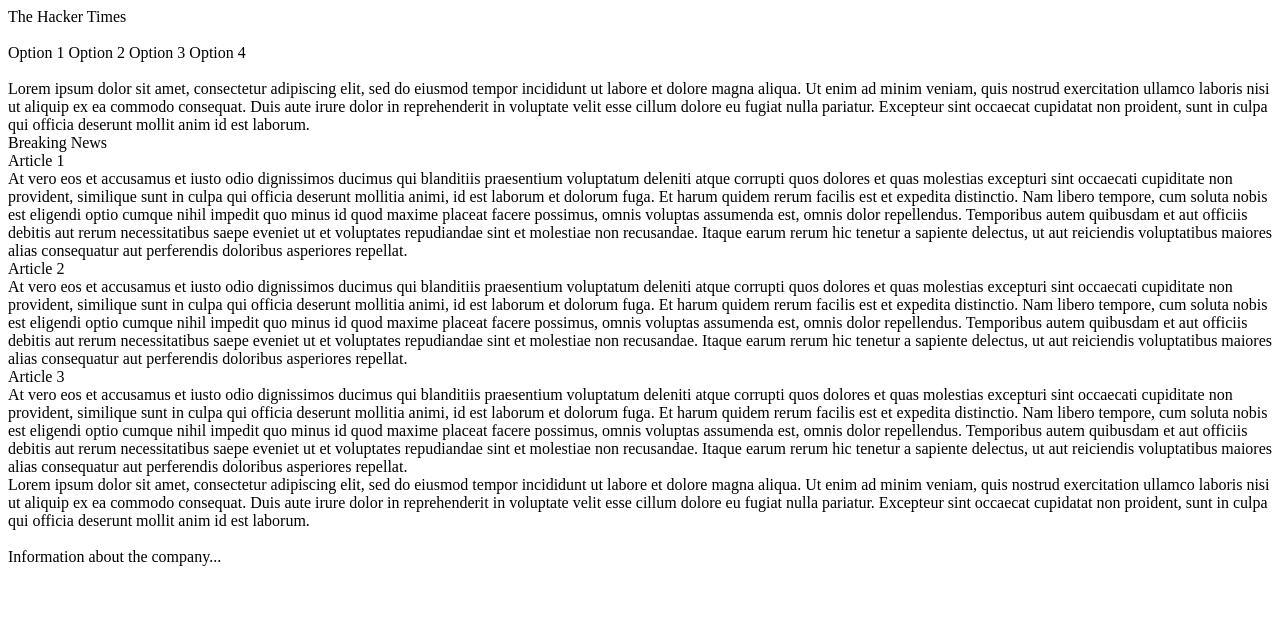
Repository: HackerUSA-CE/CSS-My-CSS-Garden
Page: index.html
An editor plug-in stored every save of this project. The page is shown before and after the next save, followed by the edit.
The browser window is 1280 px wide. The pictures show the whole page.

Above is the page before, as saved 2020-12-02 11:28:53.

### index.html
<!DOCTYPE html>
<html>

<head>
    <title>The Hacker Times</title>
    <link rel="stylesheet" type="text/css" href="main.css" />
</head>

<body>
    <header>
        The Hacker Times
    </header>
    <br/>
    <nav>
        <a>Option 1</a>
        <a>Option 2</a>
        <a>Option 3</a>
        <a>Option 4</a>
    </nav>
    <br/>
    <aside class="aside-left">
        Lorem ipsum dolor sit amet, consectetur adipiscing elit, sed do eiusmod tempor incididunt ut labore et dolore magna aliqua. Ut enim ad minim veniam, quis nostrud exercitation ullamco laboris nisi ut aliquip ex ea commodo consequat. Duis aute irure dolor
        in reprehenderit in voluptate velit esse cillum dolore eu fugiat nulla pariatur. Excepteur sint occaecat cupidatat non proident, sunt in culpa qui officia deserunt mollit anim id est laborum.
    </aside>
    <section>
        Breaking News
        <header>Article 1</header>
        <article>
            At vero eos et accusamus et iusto odio dignissimos ducimus qui blanditiis praesentium voluptatum deleniti atque corrupti quos dolores et quas molestias excepturi sint occaecati cupiditate non provident, similique sunt in culpa qui officia deserunt mollitia
            animi, id est laborum et dolorum fuga. Et harum quidem rerum facilis est et expedita distinctio. Nam libero tempore, cum soluta nobis est eligendi optio cumque nihil impedit quo minus id quod maxime placeat facere possimus, omnis voluptas
            assumenda est, omnis dolor repellendus. Temporibus autem quibusdam et aut officiis debitis aut rerum necessitatibus saepe eveniet ut et voluptates repudiandae sint et molestiae non recusandae. Itaque earum rerum hic tenetur a sapiente delectus,
            ut aut reiciendis voluptatibus maiores alias consequatur aut perferendis doloribus asperiores repellat.
        </article>
        <header>Article 2</header>
        <article>
            At vero eos et accusamus et iusto odio dignissimos ducimus qui blanditiis praesentium voluptatum deleniti atque corrupti quos dolores et quas molestias excepturi sint occaecati cupiditate non provident, similique sunt in culpa qui officia deserunt mollitia
            animi, id est laborum et dolorum fuga. Et harum quidem rerum facilis est et expedita distinctio. Nam libero tempore, cum soluta nobis est eligendi optio cumque nihil impedit quo minus id quod maxime placeat facere possimus, omnis voluptas
            assumenda est, omnis dolor repellendus. Temporibus autem quibusdam et aut officiis debitis aut rerum necessitatibus saepe eveniet ut et voluptates repudiandae sint et molestiae non recusandae. Itaque earum rerum hic tenetur a sapiente delectus,
            ut aut reiciendis voluptatibus maiores alias consequatur aut perferendis doloribus asperiores repellat.
        </article>
        <header>Article 3</header>
        <article>
            At vero eos et accusamus et iusto odio dignissimos ducimus qui blanditiis praesentium voluptatum deleniti atque corrupti quos dolores et quas molestias excepturi sint occaecati cupiditate non provident, similique sunt in culpa qui officia deserunt mollitia
            animi, id est laborum et dolorum fuga. Et harum quidem rerum facilis est et expedita distinctio. Nam libero tempore, cum soluta nobis est eligendi optio cumque nihil impedit quo minus id quod maxime placeat facere possimus, omnis voluptas
            assumenda est, omnis dolor repellendus. Temporibus autem quibusdam et aut officiis debitis aut rerum necessitatibus saepe eveniet ut et voluptates repudiandae sint et molestiae non recusandae. Itaque earum rerum hic tenetur a sapiente delectus,
            ut aut reiciendis voluptatibus maiores alias consequatur aut perferendis doloribus asperiores repellat.
        </article>
    </section>
    <aside class="aside-right">
        Lorem ipsum dolor sit amet, consectetur adipiscing elit, sed do eiusmod tempor incididunt ut labore et dolore magna aliqua. Ut enim ad minim veniam, quis nostrud exercitation ullamco laboris nisi ut aliquip ex ea commodo consequat. Duis aute irure dolor
        in reprehenderit in voluptate velit esse cillum dolore eu fugiat nulla pariatur. Excepteur sint occaecat cupidatat non proident, sunt in culpa qui officia deserunt mollit anim id est laborum.
    </aside>
    <br/>
    <footer>
        Information about the company...
    </footer>
</body>

</html>

### helper.css
.aside-left {
    width: 30%;
    padding-left: 15px;
    margin-left: 15px;
    float: left;
    font-style: italic;
    background-color: lightgray;
}

.aside-right {
    width: 30%;
    padding-left: 15px;
    margin-left: 15px;
    float: right;
    font-style: italic;
    background-color: lightgray;
}

Loaded but not shown: main.css (no stored copy; drawn as an empty file)

After the next save:
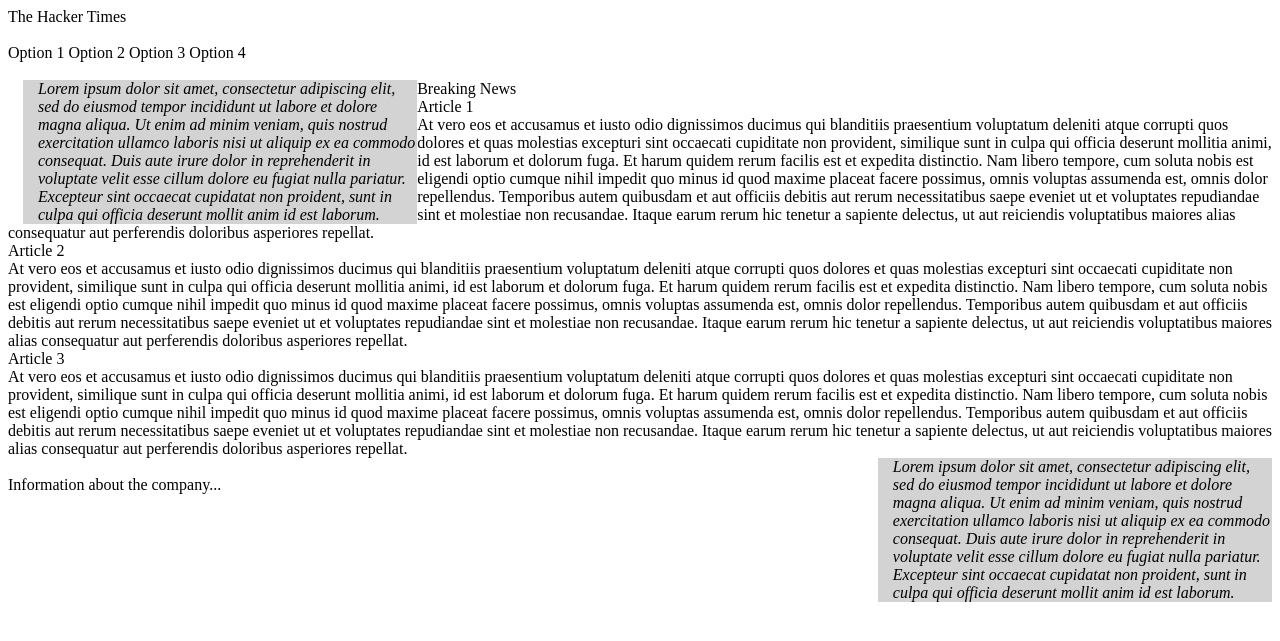
Saved 2 s later.
--- a/index.html
+++ b/index.html
@@ -4,6 +4,7 @@
 <head>
     <title>The Hacker Times</title>
     <link rel="stylesheet" type="text/css" href="main.css" />
+    <link rel="stylesheet" type="text/css" href="helper.css" />
 </head>
 
 <body>
